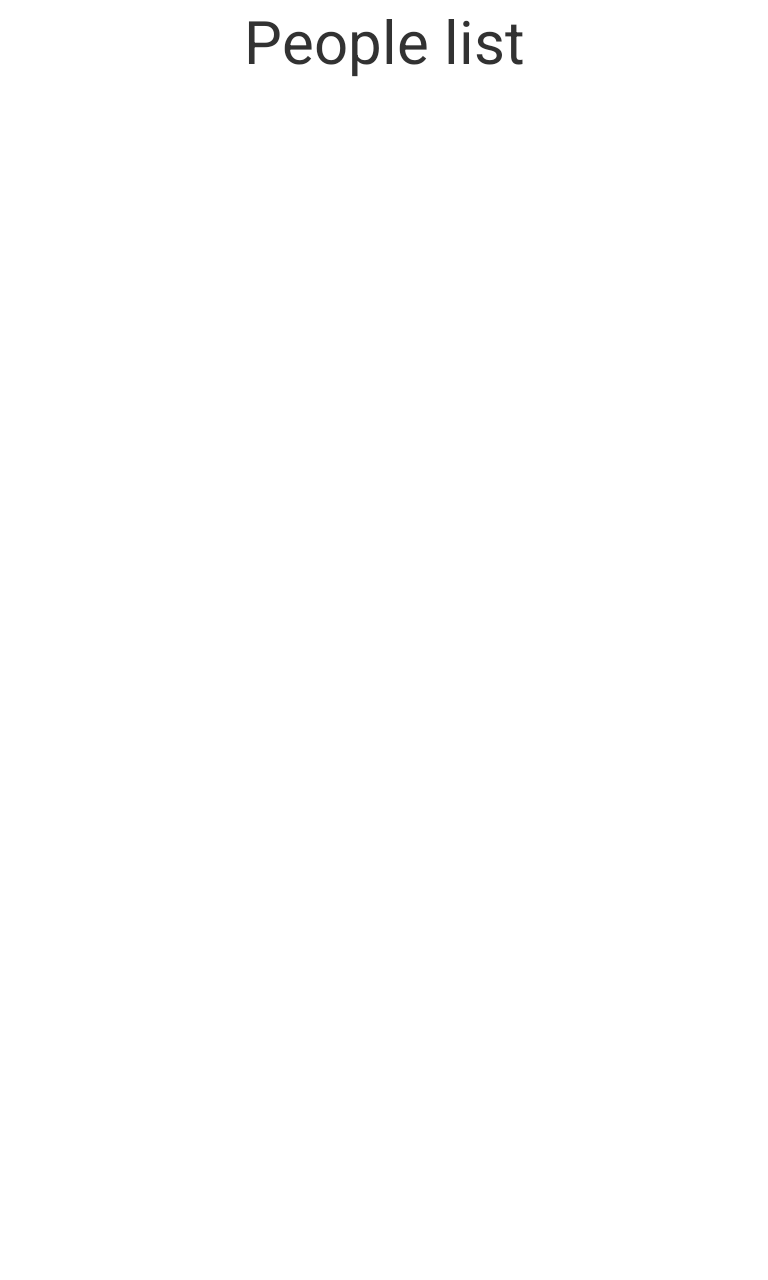
Repository: ivanbuhov/FamilyAndroidClient
Layout: Family/res/layout/activity_pedigree.xml
The author's editor kept a copy of each file at every save. The layout is drawn from the files as they stood at one save, then again after the next save.
It is drawn on a 768 x 1280 px phone screen (xhdpi) without system bars, with theme AppTheme; the app's code is not run. Lists and similar views that code fills are empty.

Above is the layout before, as saved 2013-11-19 12:32:51.

### Family/res/layout/activity_pedigree.xml
<LinearLayout xmlns:android="http://schemas.android.com/apk/res/android"
    xmlns:tools="http://schemas.android.com/tools"
    android:id="@+id/container"
    android:layout_width="match_parent"
    android:layout_height="match_parent"
    android:orientation="vertical"
    tools:context=".PedigreeActivity"
    tools:ignore="MergeRootFrame" >

    <!-- Progress bar for the activity -->
    <ProgressBar
        	android:id="@+id/progress_pedigree"
            android:layout_width="match_parent"
            android:layout_height="wrap_content"
            android:indeterminateOnly="true"
            android:layout_margin="10dp"
            android:focusable="true"
            style="?android:attr/progressBarStyleHorizontal"
            android:visibility="gone" />

    <TextView
        android:layout_width="match_parent"
		android:layout_height="wrap_content"
		android:textSize="30sp"
		android:gravity="center_horizontal"
		android:text="@string/people_list" />

    <!-- People list view -->
    <ListView android:id="@+id/people_list"
              android:layout_height="wrap_content"
              android:layout_width="match_parent"
              android:layout_marginTop="30dp"
              android:layout_marginBottom="30dp"
              android:paddingLeft="10dp"
              android:paddingRight="10dp" />


    <FrameLayout
        android:id="@+id/pedigree_tree"
        android:layout_width="match_parent"
        android:layout_height="match_parent"
        android:visibility="gone" />


</LinearLayout>

### Family/res/values/strings.xml
<?xml version="1.0" encoding="utf-8"?>
<resources>

    <!-- Common strings -->
    <string name="yes">Yes</string>
    <string name="no">No</string>
    <string name="cancel">Cancel</string>
    <string name="update">Update</string>
    <string name="add">Add</string>
    <string name="refresh">Refresh</string>
    <string name="save">Save</string>
    <string name="data_saved">Data saved</string>

    <!-- Titles and names -->
    <string name="app_name">Family</string>
    <string name="title_activity_settings">Settings</string>
    <string name="title_activity_my_pedigrees">My Pedigrees</string>
    <string name="title_activity_register">Register</string>

    <!-- Menu items -->
    <string name="menu_item_settings">Settings</string>
    <string name="menu_item_login">Login/Register</string>
    <string name="menu_item_my_pedigrees">My Pedigrees</string>
    <string name="menu_item_add_pedigree">Add Pedigree</string>

    <!-- Preferences -->
    <!-- Preferences Header -->
    <string name="pref_header_title_account">Account</string>
    <string name="pref_header_title_others">Others</string>

    <!-- Preferences Titles -->
    <string name="pref_key_online_mode">online_mode</string>
    <string name="pref_title_online_mode">Online mode</string>
    <string name="pref_key_update_if_not_updated_more_than">update_frequency</string>
    <string name="pref_title_update_if_not_updated_more_than">Update if not updated more than:</string>
    <string name="pref_summary_update_if_not_updated_more_than">If you try to read data and it has been updated
    	    before less than the specified amount of time, the data will be updated again.</string>

    <!-- Alerts -->
    <string name="alert_title_registration_failed">Registration failed</string>
    <string name="alert_title_login_failed">Login failed</string>
    <string name="alert_title_loading_data_failed">Loading data failed</string>
    <string name="alert_title_deletion_failed">Failed to remove the item</string>
    <string name="alert_title_update_failed">Failed to update the item</string>
    <string name="alert_title_addition_failed">Failed to add the item</string>

    <!-- Login Activity -->
    <string name="prompt_username">Username</string>
    <string name="prompt_password">Password</string>
    <string name="register_button_text"><b>Register</b></string>
    <string name="login_button_text"><b>Login</b></string>
    <string name="action_login">Login</string>
    <string name="progressing_text">Loading&#8230;</string>
    <string name="error_short_username">The username must be no shorter than 5 characters</string>
    <string name="error_long_username">The username must be no longer than 30 characters</string>
    <string name="error_short_password">The password must be no shorter than 5 characters</string>
    <string name="error_long_password">The password must be no longer than 30 characters</string>
    <string name="error_field_required">This field is required</string>

    <!-- My Pedigrees Activity -->
    <string name="hello_world">Hello world!</string>
    <string name="progress_my_pedigrees_text">Loading pedigrees</string>
    <string name="delete_message_pedigree">Are you sure you want to delete this pedigree and all people in it?</string>
    <string name="context_menu_view">View</string>
    <string name="context_menu_edit">Edit</string>
    <string name="context_menu_delete">Delete</string>
    <string name="edit_pedigree_title">Title:</string>
    <string name="add_pedigree_title">Add new pedigree</string>
    <string name="my_pedigrees_list_title">My Pedigrees List</string>

    <!-- Pedigree Activity -->
    <string name="title_activity_pedigree">Pedigree</string>
    <string name="action_settings">Settings</string>
    <string name="anonymous_display_name">Unknown</string>
    <string name="no_people_message">No person selected</string>
    <string name="people_list">People list</string>

    <!-- Edit Person Activity -->
    <string name="title_activity_edit_person">Edit Person</string>

    <string name="label_display_name">Display Name:</string>
    <string name="label_first_name">First Name:</string>
    <string name="label_middle_name">Middle Name:</string>
    <string name="label_last_name">Last Name:</string>
    <string name="label_nickname">Nickname:</string>
    <string name="label_email">Email:</string>
    <string name="label_birth_date">Birth date:</string>
    <string name="label_is_alive">Is alive:</string>
    <string name="label_alive">Alive</string>
    <string name="label_dead">Dead</string>
    <string name="label_gender">Gender:</string>
    <string name="label_male">Male</string>
    <string name="label_female">Female</string>
    <string name="label_address">Address:</string>
    <string name="label_profession">Profession:</string>

    <string name="hint_display_name">The name to be displayed in the application</string>
    <string name="hint_first_name">The first name</string>
    <string name="hint_middle_name">The middle name</string>
    <string name="hint_last_name">The last(family) name</string>
    <string name="hint_nickname">A nickname of the person</string>
    <string name="hint_email">Email address</string>
    <string name="hint_address">The region where the person lives</string>
    <string name="hint_profession">Profession(occupation)</string>

</resources>

Loaded but not shown: Family/res/values/styles.xml (common file); Family/res/values-v11/styles.xml (common file); Family/res/values-v14/styles.xml (common file); Family/res/values/dimens.xml (common file)

After the next save:
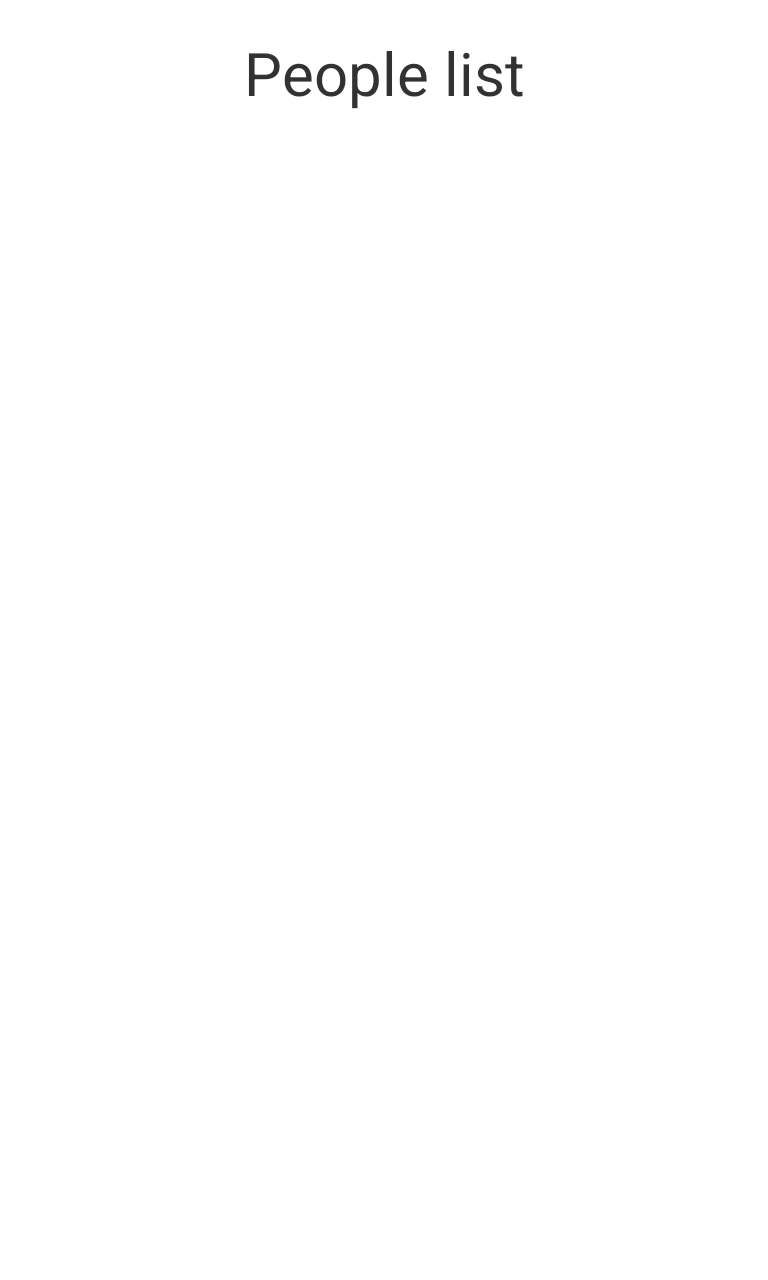
Saved 65 s later.
--- a/Family/res/layout/activity_pedigree.xml
+++ b/Family/res/layout/activity_pedigree.xml
@@ -3,6 +3,10 @@
     android:id="@+id/container"
     android:layout_width="match_parent"
     android:layout_height="match_parent"
+    android:paddingBottom="@dimen/activity_vertical_margin"
+    android:paddingLeft="@dimen/activity_horizontal_margin"
+    android:paddingRight="@dimen/activity_horizontal_margin"
+    android:paddingTop="@dimen/activity_vertical_margin"
     android:orientation="vertical"
     tools:context=".PedigreeActivity"
     tools:ignore="MergeRootFrame" >
@@ -29,7 +33,7 @@
     <ListView android:id="@+id/people_list"
               android:layout_height="wrap_content"
               android:layout_width="match_parent"
-              android:layout_marginTop="30dp"
+              android:layout_marginTop="20dp"
               android:layout_marginBottom="30dp"
               android:paddingLeft="10dp"
               android:paddingRight="10dp" />
